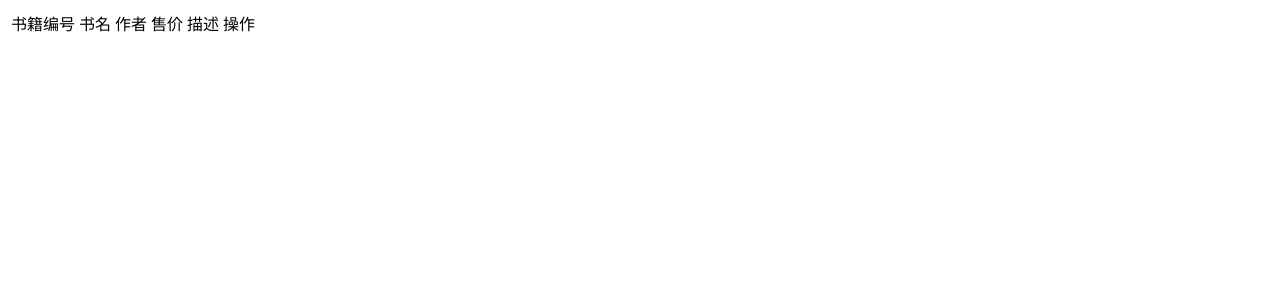
Repository: wsws1996/myproject
Page: http://localhost/day10/servlet/ListBookServlet
An editor plug-in stored every save of this project. The page is shown before and after the next save, followed by the edit.
The browser window is 1280 px wide. The pictures show the whole page.
The page is served by Tomcat 9. Other server files are loaded and not shown.

Above is the page before, as saved 2015-11-22 05:19:50.

### java/workspace/day10/WebRoot/WEB-INF/jsp/listbook.jsp
<%@ page language="java" import="java.util.*" pageEncoding="UTF-8"%>
<%@taglib uri="http://java.sun.com/jstl/core_rt" prefix="c"%>

<!DOCTYPE HTML PUBLIC "-//W3C//DTD HTML 4.01 Transitional//EN">
<html>
<head>

<title>书籍列表</title>

</head>

<body>

	<table>
		<tr>
			<td>书籍编号</td>
			<td>书名</td>
			<td>作者</td>
			<td>售价</td>
			<td>描述</td>
			<td>操作</td>
		</tr>
		<c:forEach var="me" items="${map }">

		</c:forEach>
	</table>
</body>
</html>

### java/workspace/day10/src/cn/wang/web/controller/ListBookServlet.java
package cn.wang.web.controller;

import java.io.IOException;
import java.util.Map;

import javax.servlet.ServletException;
import javax.servlet.http.HttpServlet;
import javax.servlet.http.HttpServletRequest;
import javax.servlet.http.HttpServletResponse;

import cn.wang.service.BusinessService;

public class ListBookServlet extends HttpServlet {

	/**
	 * Destruction of the servlet. <br>
	 */
	public void destroy() {
		super.destroy(); // Just puts "destroy" string in log
		// Put your code here
	}

	public void doGet(HttpServletRequest request, HttpServletResponse response)
			throws ServletException, IOException {
		BusinessService service = new BusinessService();
		Map map = service.getAllBook();
		request.setAttribute("map", map);
		request.getRequestDispatcher("/WEB-INF/jsp/listbook.jsp").forward(request, response);
	}

	public void doPost(HttpServletRequest request, HttpServletResponse response)
			throws ServletException, IOException {

		doGet(request, response);
	}

	/**
	 * Initialization of the servlet. <br>
	 *
	 * @throws ServletException
	 *             if an error occurs
	 */
	public void init() throws ServletException {
		// Put your code here
	}

}

### java/workspace/day10/src/cn/wang/service/BusinessService.java
package cn.wang.service;

import java.util.Map;

import cn.wang.dao.BookDao;

public class BusinessService {
	BookDao dao = new BookDao();

	public Map getAllBook() {
		return dao.getAll();
	}

}

### java/workspace/day10/src/cn/wang/dao/BookDao.java
package cn.wang.dao;

import java.util.Map;

import cn.wang.db.MyDb;
import cn.wang.domain.Book;

public class BookDao {
	public Map getAll() {
		return MyDb.getAll();
	}

	public Book find(String id) {
		return (Book) MyDb.getAll().get(id);
	}
}

### java/workspace/day10/src/cn/wang/db/MyDb.java
package cn.wang.db;

import java.util.LinkedHashMap;
import java.util.Map;

import cn.wang.domain.Book;

public class MyDb {
	private static Map<String, Book> map = new LinkedHashMap();
	static {
		map.put("1", new Book("1", "javaweb开发", "老张", 20, "一本经典的书"));
		map.put("2", new Book("2", "jdbc开发", "李勇", 30, "一本jdbc的书"));
		map.put("3", new Book("3", "spring开发", "老黎", 50, "一本相当经典的书"));
		map.put("4", new Book("4", "hibernate开发", "老佟", 56, "一本很经典的书"));
		map.put("5", new Book("5", "struts开发", "老毕", 40, "一本经典的书"));
		map.put("6", new Book("6", "ajax开发", "老张", 50, "一本老张的书"));
	}
	public static Map getAll() {
		return map;

	}
}

### java/workspace/day10/src/cn/wang/domain/Book.java
package cn.wang.domain;

public class Book {

	public Book() {
		super();
		// TODO Auto-generated constructor stub
	}

	public Book(String id, String name, String author, double price,
			String description) {
		super();
		this.id = id;
		this.name = name;
		this.author = author;
		this.price = price;
		this.description = description;
	}

	private String id;
	private String name;
	private String author;
	private double price;
	private String description;

	public String getId() {
		return id;
	}

	public void setId(String id) {
		this.id = id;
	}

	public String getName() {
		return name;
	}

	public void setName(String name) {
		this.name = name;
	}

	public String getAuthor() {
		return author;
	}

	public void setAuthor(String author) {
		this.author = author;
	}

	public double getPrice() {
		return price;
	}

	public void setPrice(double price) {
		this.price = price;
	}

	public String getDescription() {
		return description;
	}

	public void setDescription(String description) {
		this.description = description;
	}
}

After the next save:
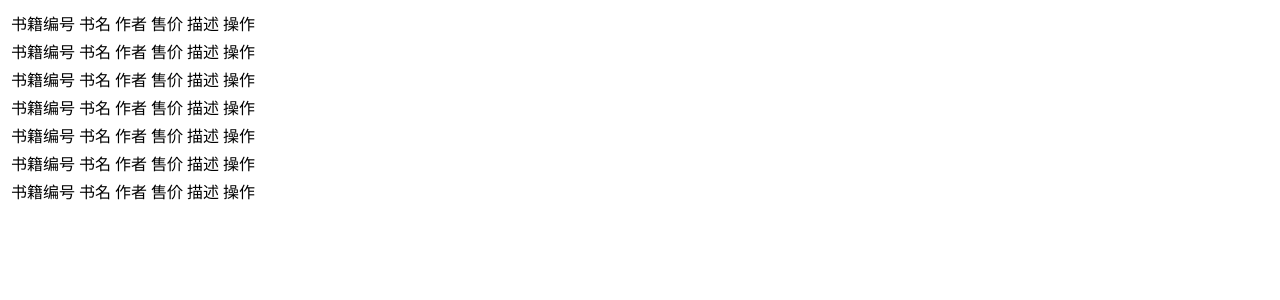
Saved 21 s later.
--- a/java/workspace/day10/WebRoot/WEB-INF/jsp/listbook.jsp
+++ b/java/workspace/day10/WebRoot/WEB-INF/jsp/listbook.jsp
@@ -21,7 +21,14 @@
 			<td>操作</td>
 		</tr>
 		<c:forEach var="me" items="${map }">
-
+			<tr>
+			<td>书籍编号</td>
+			<td>书名</td>
+			<td>作者</td>
+			<td>售价</td>
+			<td>描述</td>
+			<td>操作</td>
+		</tr>
 		</c:forEach>
 	</table>
 </body>
